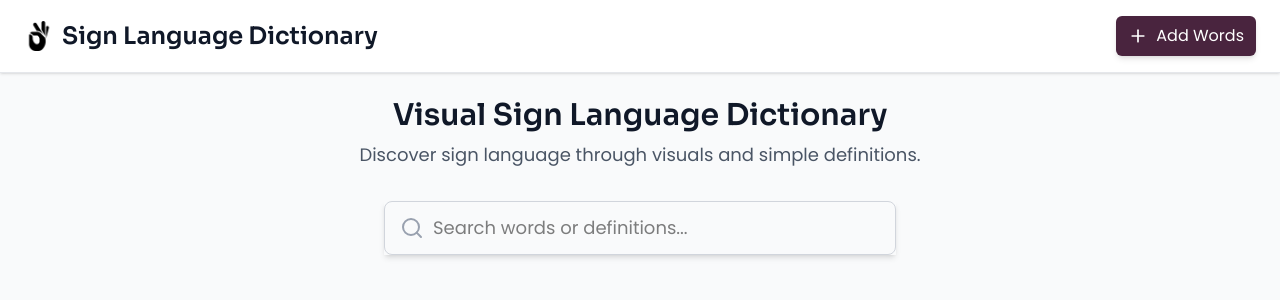
Repository: jabir12-12/sign-setu
Page: /
The author's editor kept a copy of each file at every save. The page is drawn from the files as they stood at one save, then again after the next save.
The browser window is 1280 px wide. The pictures show the whole page.
The project was rebuilt for these pictures with package versions that can differ from the ones it lists, and the page was loaded fresh each time. The framework's server and built-in components were replaced by stand-ins that run in the browser. Also part of the build but not shown: next.config.ts.

Above is the page before, as saved 2025-05-27 16:25:13.

After the next save:
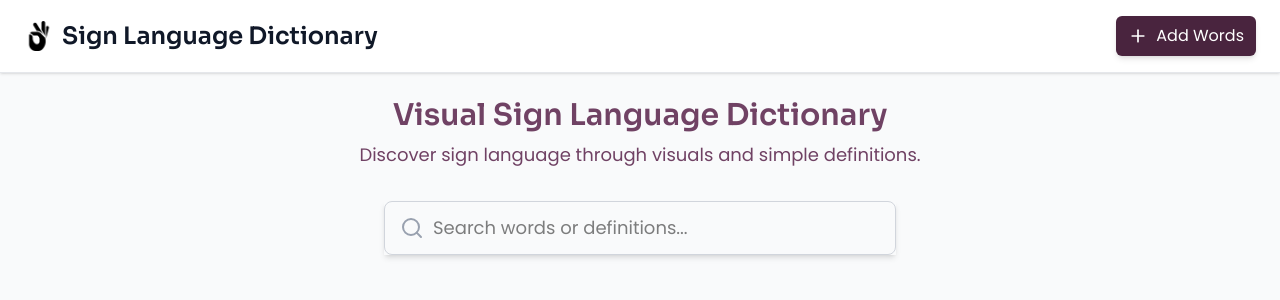
Saved 32 s later.
--- a/app/page.tsx
+++ b/app/page.tsx
@@ -31,11 +31,11 @@ export default function StockDashboard() {
       </header>
 
       {/* Centered Search Bar */}
-      <div className="text-center mt-6 px-4 text-[#704264]">
-        <h2 className="text-2xl md:text-3xl font-semibold text-gray-900">
+      <div className="text-center mt-6 px-4">
+        <h2 className="text-2xl md:text-3xl font-semibold text-[#704264]">
           Visual Sign Language Dictionary
         </h2>
-        <p className="text-md md:text-lg text-gray-600 mt-2">
+        <p className="text-md md:text-lg text-[#704264] mt-2">
           Discover sign language through visuals and simple definitions.
         </p>
       </div>
